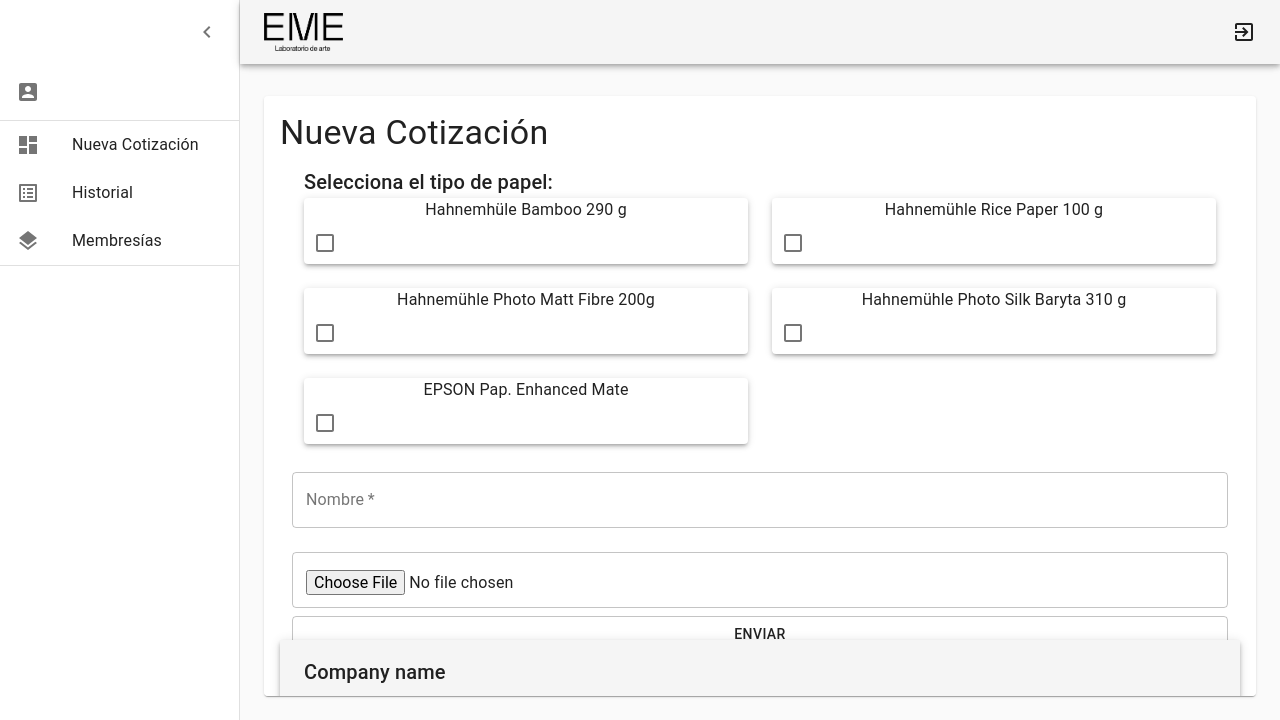
Repository: BrendaCarranco/eme-lab
Page: /Trabajo
The author's editor kept a copy of each file at every save. The page is drawn from the files as they stood at one save, then again after the next save.
The browser window is 1280 px wide. The pictures show the whole page.
An inner scrolling area shows only its first screen. Some web libraries are served in a nearby version. The project was rebuilt for these pictures with package versions that can differ from the ones it lists, and the page was loaded fresh each time. Also part of the build but not shown: src/components/buildingPage/Building.js, src/temaConfig.js, src/components/buildingPage/Landing.js, src/components/login/Reset.js, src/components/Dashboard/Historial.js, src/components/Dashboard/Membresias.js, src/components/Dashboard/SizeForm.js, src/components/Dashboard/Review.js and 6 more.

Above is the page before, as saved 2020-08-30 20:00:57.

After the next save:
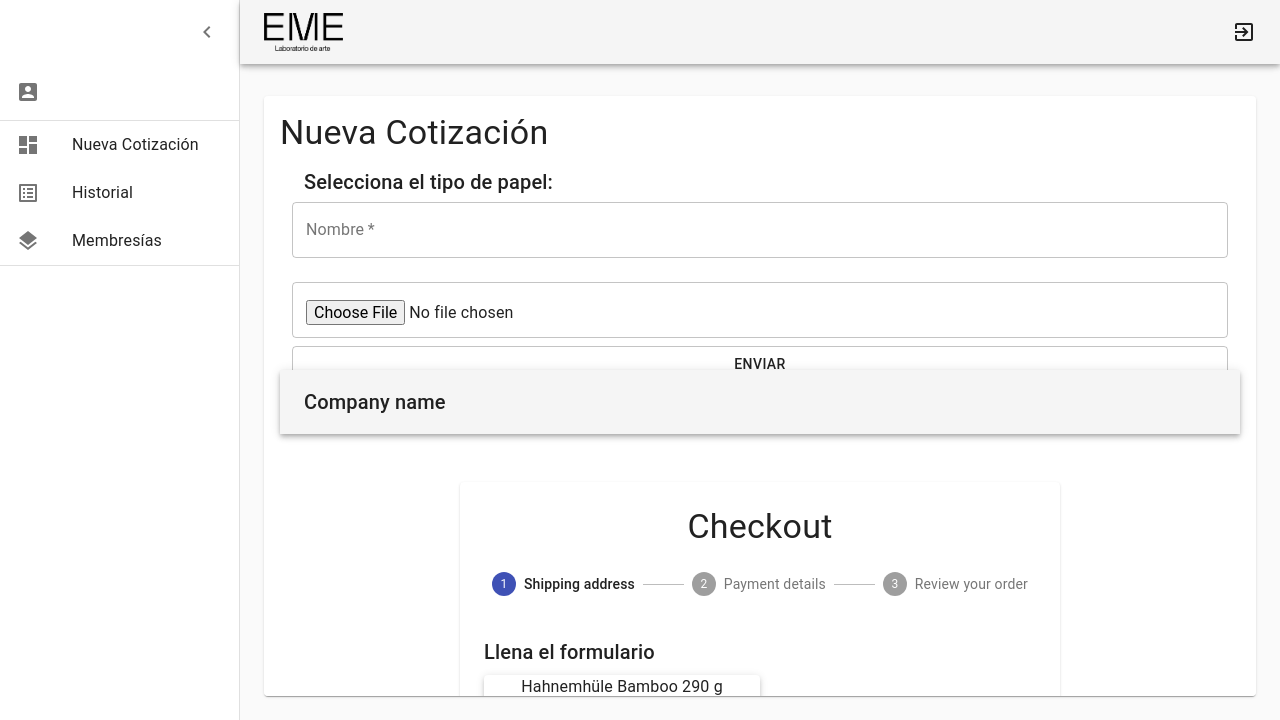
Saved 19 s later.
--- a/src/components/Dashboard/Cotizacion.js
+++ b/src/components/Dashboard/Cotizacion.js
@@ -10,8 +10,7 @@ import Title from './Title';
 import TextField from '@material-ui/core/TextField';
 import Button from '@material-ui/core/Button';
 import Grid from '@material-ui/core/Grid';
-import Paper from '@material-ui/core/Paper';
-import Checkbox from '@material-ui/core/Checkbox';
+
 
 const useStyles = makeStyles((theme) => ({
   paper: {
@@ -101,46 +100,7 @@ const Cotizacion = ({ firebaseUser, setUsersFiles, usersFiles }) => {
        </Typography>
         <form onSubmit={handleSubmit}>
         <Grid container spacing={3}>
-          <Grid item xs={12} sm={6}>
-          <Paper elevation={3}>
-            <Typography align="center">
-              Hahnemhüle Bamboo  290 g
-            </Typography>
-            <Checkbox/>
-          </Paper>
-          </Grid>
-          <Grid item xs={12} sm={6}>
-          <Paper elevation={3}>
-            <Typography align="center">
-            Hahnemühle Rice Paper 100 g
-            </Typography>
-            <Checkbox/>
-          </Paper>
-          </Grid>
-          <Grid item xs={12} sm={6}>
-          <Paper elevation={3}>
-            <Typography align="center">
-            Hahnemühle Photo Matt Fibre 200g
-            </Typography>
-            <Checkbox/>
-          </Paper>
-          </Grid>
-          <Grid item xs={12} sm={6}>
-          <Paper elevation={3}>
-            <Typography align="center">
-            Hahnemühle Photo Silk Baryta 310 g
-            </Typography>
-            <Checkbox/>
-          </Paper>
-          </Grid>
-          <Grid item xs={12} sm={6}>
-          <Paper elevation={3}>
-            <Typography align="center">
-            EPSON Pap. Enhanced Mate
-            </Typography>
-            <Checkbox/>
-          </Paper>
-          </Grid>
+
           <TextField
             variant="outlined"
             margin="normal"
